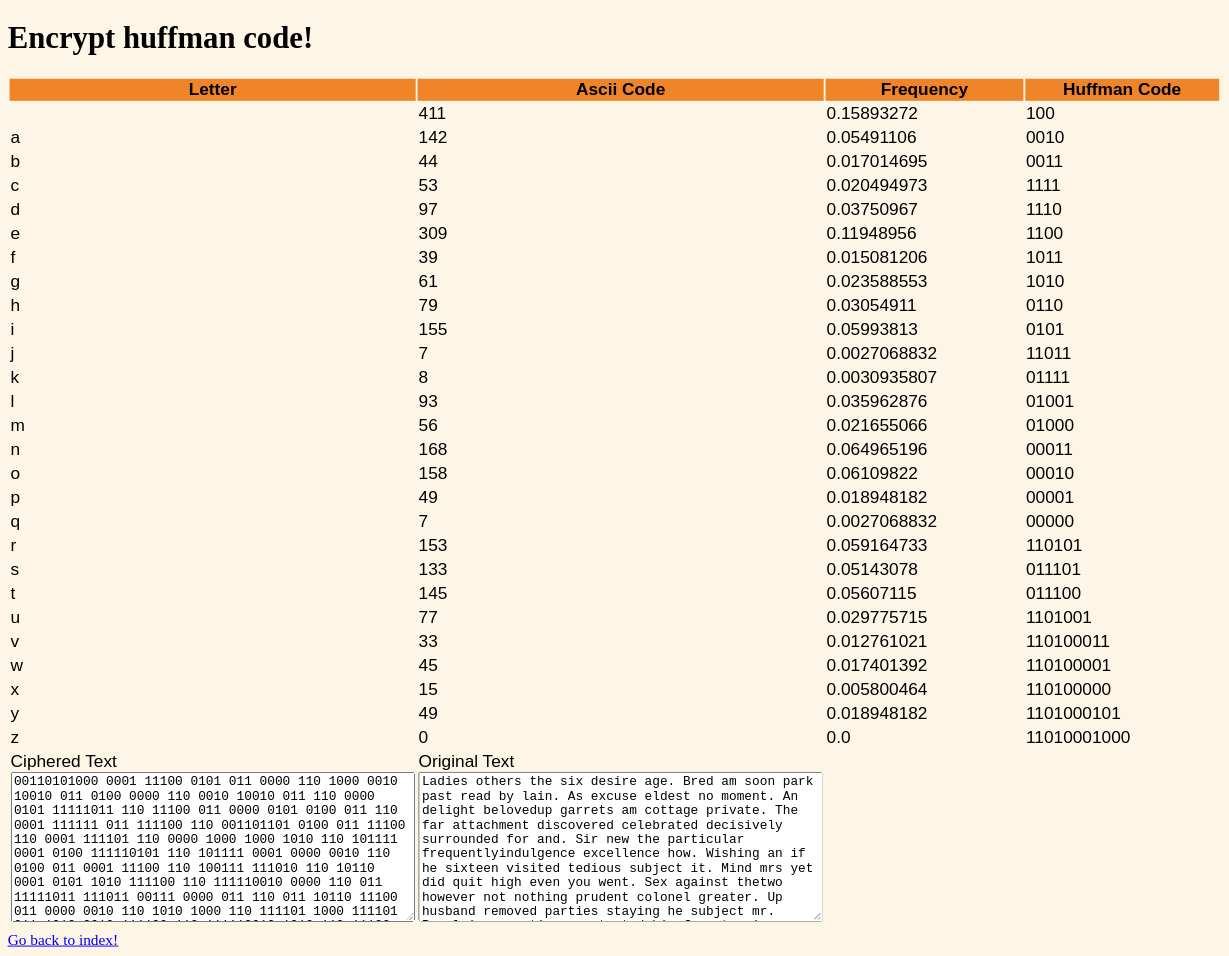
Repository: derekpwwong/jee-workspace
Page: http://localhost/WebServlet/ServletEncryptHuffmanCode
An editor plug-in stored every save of this project. The page is shown before and after the next save, followed by the edit.
The browser window is 1280 px wide. The pictures show the whole page, at 96% of full size.
The page is served by Tomcat 9. Other server files are loaded and not shown.

Above is the page before, as saved 2016-10-29 18:05:15.

### workspace/workspace/WebServlet/src/servletEncryptHuffmanCode/ServletEncryptHuffmanCode.java
package servletEncryptHuffmanCode;

import java.io.*;

import javax.servlet.*;
import javax.servlet.annotation.*;
import javax.servlet.http.*;

import encryptHuffmanCode.EncryptHuffmanCode;



@WebServlet("/ServletEncryptHuffmanCode")
public class ServletEncryptHuffmanCode extends HttpServlet{
	@Override
	public void doGet(HttpServletRequest request,
			HttpServletResponse response)
	throws ServletException, IOException {
		response.setContentType("text/html");
		PrintWriter out = response.getWriter();
		out.println("<!DOCTYPE htmL>\n <html>\n" +
				"<head><title>ServletEncryptHuffmanCode</title>" +
				"<link rel=\"stylesheet\" type=\"text/css\" href=\"css/style.css\">"+
				"</head> \n <body bgcolor=\"#fdf5e6\">\n" +
				"<h1>Encrypt huffman code!</h1>\n"+
				"<table>"+
				"<th>Letter</th><th>Ascii Code</th><th>Frequency</th><th>Huffman Code</th>"+
				EncryptHuffmanCode.displayTable()+
				"<tr>"+
				"<td>"+
				"Ciphered Text"+
				"<textarea name=\"textarea\" rows=\"10\" cols=\"50\">"+EncryptHuffmanCode.encryptString()+"</textarea>"+
				"</td>"+

				"<td>"+
				"Original Text"+
				"<textarea name=\"textarea\" rows=\"10\" cols=\"50\">"+EncryptHuffmanCode.originalString()+"</textarea>"+
				"</td>"+
				"<tr>"
				+"</table>"
				+"<a href=\"index.html\">Go back to index!</a>"+
				"</body></html>");

	}
}

### workspace/workspace/WebServlet/WebContent/css/style.css
body { background-color: #fdf5e6 }
a:hover { color: red }
.title {
  margin-left: auto;
  margin-right: auto;
  border-width: 5px;
  border-spacing: 2px;
  border-style: outset;
  text-align:center;
}
.title th {
  background-color: #ef8429;
  font-size: 28px;
  font-family: Arial, Helvetica, sans-serif;
}
th { background-color: #ef8429;
     font-size: 18px;
     font-family: Arial, Helvetica, sans-serif;
}
td { font-size: 18px;
     font-family: Arial, Helvetica, sans-serif;
}
legend {
  font-weight: bold;
  color: black;
  background-color: #eeeeee;
  border: 1px solid #999999;
  padding: 3px 2px;
}
.ajaxResult { color: #440000;
              font-weight: bold;
              font-size: 18px;
              font-family: Arial, Helvetica, sans-serif;
}
h2 { color: #440000;
	  font-weight: bold;
	  font-size: 18px;
	  font-family: Arial, Helvetica, sans-serif;
}
.error { background-color: yellow;
	      color: red;
	      font-weight: bold;
	      font-size: 20px;
	      font-family: Arial, Helvetica, sans-serif;
	      border-style: inset;
}
.cell{
	padding:2.5px;
	border: black solid 2px;
	text-align:center;
}
.values td{
	width:25% !important;
}

Loaded but not shown: workspace/workspace/WebServlet/src/encryptHuffmanCode/EncryptHuffmanCode.java (76 lines, source omitted)

After the next save:
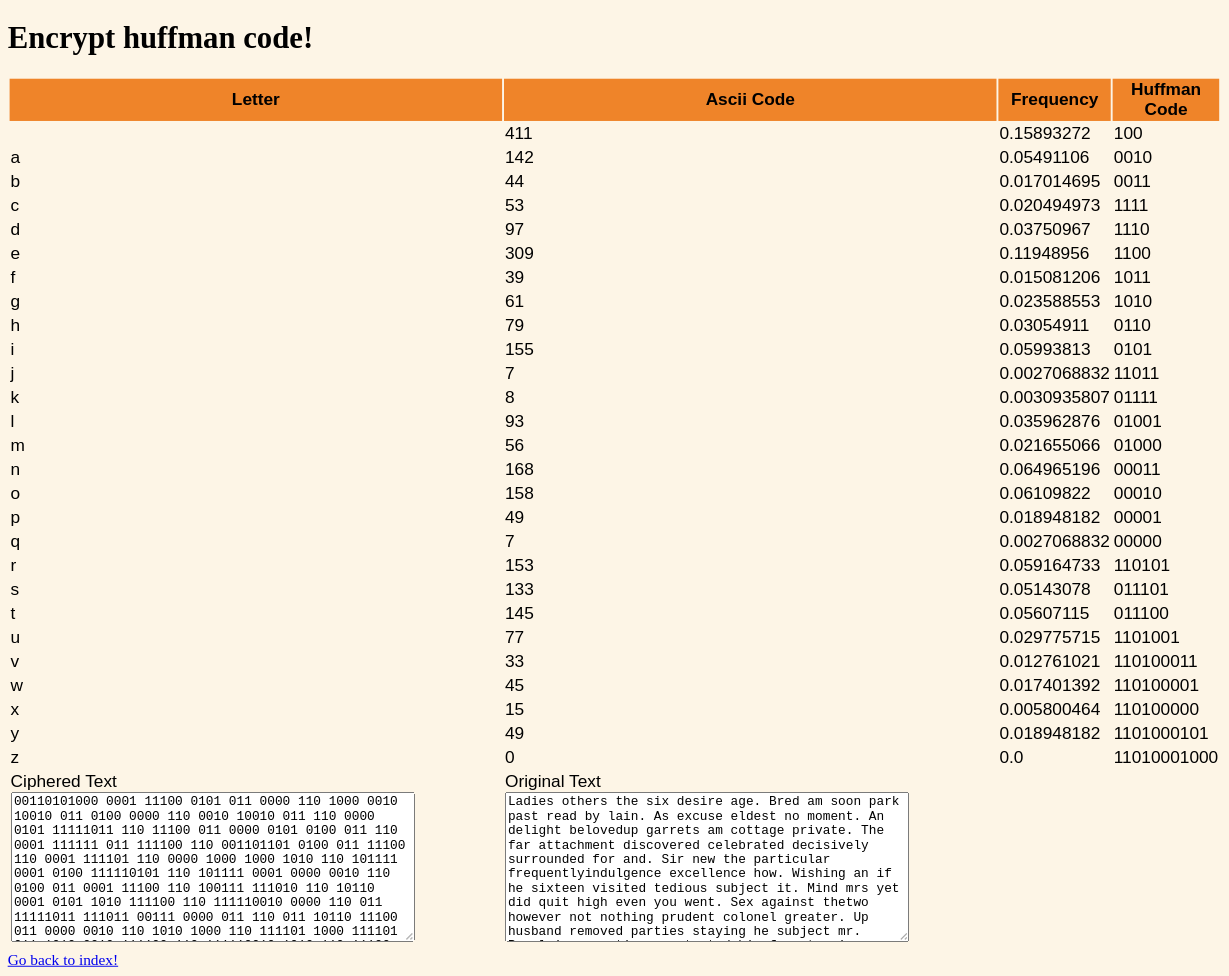
Saved 2 min 2 s later.
--- a/workspace/workspace/WebServlet/src/servletEncryptHuffmanCode/ServletEncryptHuffmanCode.java
+++ b/workspace/workspace/WebServlet/src/servletEncryptHuffmanCode/ServletEncryptHuffmanCode.java
@@ -27,12 +27,12 @@
 				"<th>Letter</th><th>Ascii Code</th><th>Frequency</th><th>Huffman Code</th>"+
 				EncryptHuffmanCode.displayTable()+
 				"<tr>"+
-				"<td>"+
+				"<td style=\"width:50%\">"+
 				"Ciphered Text"+
 				"<textarea name=\"textarea\" rows=\"10\" cols=\"50\">"+EncryptHuffmanCode.encryptString()+"</textarea>"+
 				"</td>"+
 
-				"<td>"+
+				"<td style=\"width:50%\">"+
 				"Original Text"+
 				"<textarea name=\"textarea\" rows=\"10\" cols=\"50\">"+EncryptHuffmanCode.originalString()+"</textarea>"+
 				"</td>"+

After the save that followed:
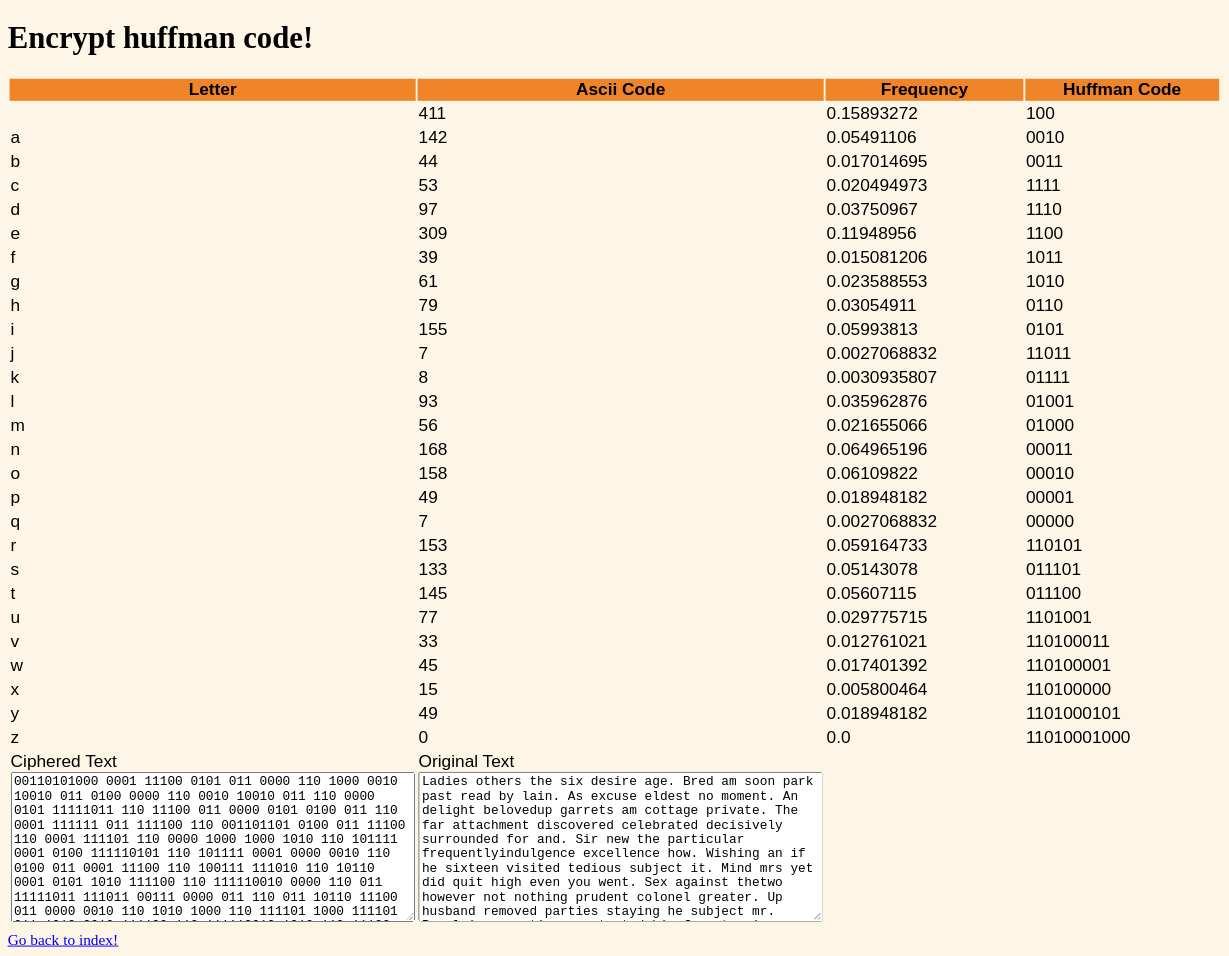
Saved 49 s later.
--- a/workspace/workspace/WebServlet/src/servletEncryptHuffmanCode/ServletEncryptHuffmanCode.java
+++ b/workspace/workspace/WebServlet/src/servletEncryptHuffmanCode/ServletEncryptHuffmanCode.java
@@ -27,12 +27,12 @@
 				"<th>Letter</th><th>Ascii Code</th><th>Frequency</th><th>Huffman Code</th>"+
 				EncryptHuffmanCode.displayTable()+
 				"<tr>"+
-				"<td style=\"width:50%\">"+
+				"<td>"+
 				"Ciphered Text"+
 				"<textarea name=\"textarea\" rows=\"10\" cols=\"50\">"+EncryptHuffmanCode.encryptString()+"</textarea>"+
 				"</td>"+
 
-				"<td style=\"width:50%\">"+
+				"<td>"+
 				"Original Text"+
 				"<textarea name=\"textarea\" rows=\"10\" cols=\"50\">"+EncryptHuffmanCode.originalString()+"</textarea>"+
 				"</td>"+
